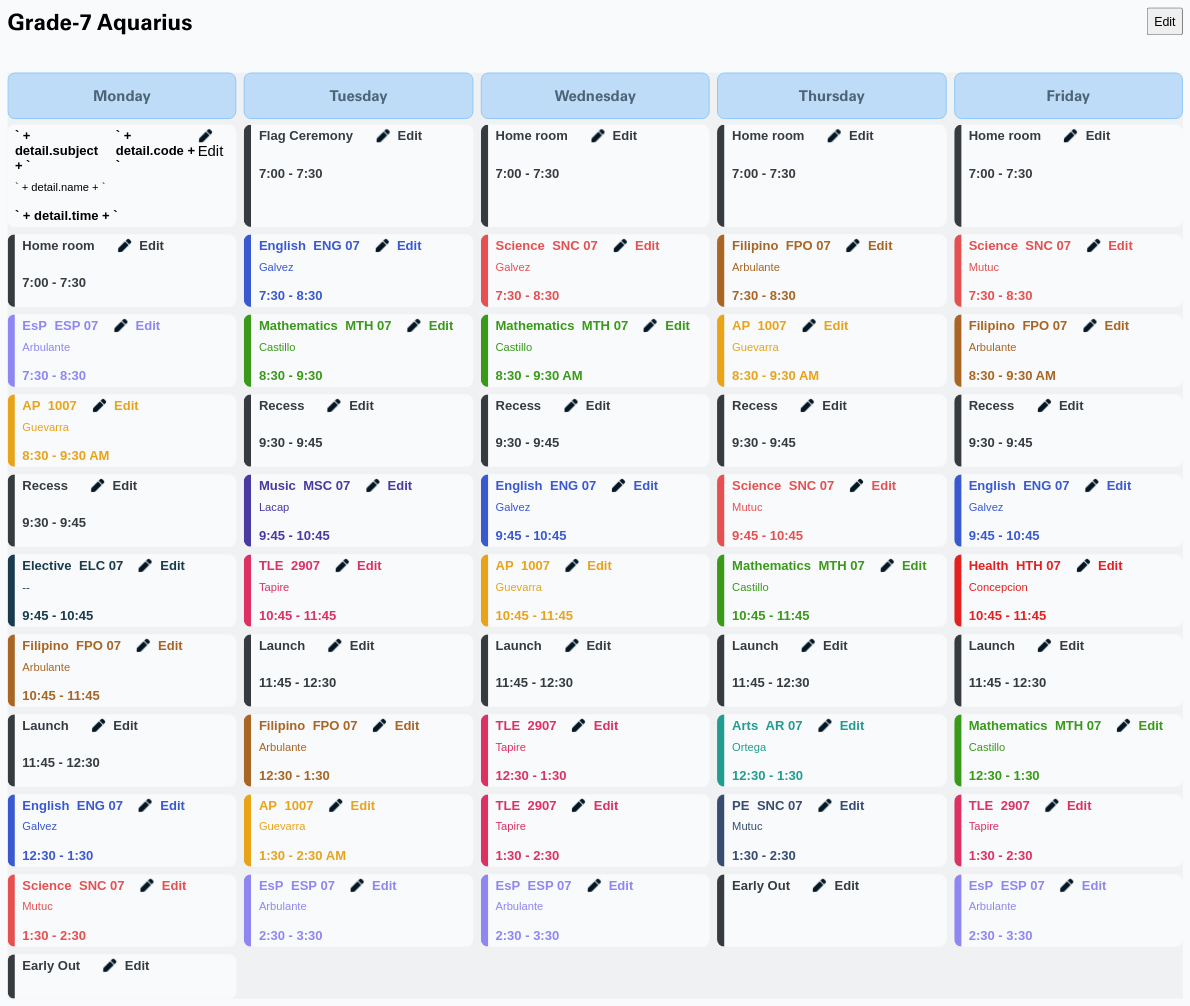
Repository: kentdrlo/prototype
Page: timetable.html
The author's editor kept a copy of each file at every save. The page is drawn from the files as they stood at one save, then again after the next save.
The browser window is 1280 px wide. The pictures show the whole page, at 93% of full size.
An inner scrolling area shows only its first screen.

Above is the page before, as saved 2025-05-29 09:31:43.

### timetable.html
<link rel="stylesheet" href="schedule.css" />
<div class="container">
  <div class="row">
    <div class="col">
      <div class="top-settings">
        <div class="top-settings-wrapper">
          <div class="schedule-name">Grade-7 Aquarius</div>
          <button type="button" class="btn btn-secondary">Edit</button>
        </div>
      </div>
    </div>
    <div class="table-container row">
      <div class="grid-wrapper">
        <div class="day-box" id="dayBox"></div>
        <div class="table-box" id="topBox">
          <div
            class="card"
            style="
              border-left: 8px solid #` + detail.color + `;
              color: #` + detail.color + `;
            "
          >
            <div class="subject-teacher-wrapper">
              <div class="subject-main-wrapper">
                <div class="subject-detail-wrapper">
                  <div class="subject-name">` + detail.subject + `</div>
                  <div class="subject-code">` + detail.code + `</div>
                </div>
                <div class="edit">
                  <img src="src/assets/icons/edit.svg" />Edit
                </div>
              </div>
              <div class="teacher-name">` + detail.name + `</div>
            </div>
            <div class="time">` + detail.time + `</div>
          </div>
        </div>
      </div>
    </div>
  </div>
</div>

<script src="schedule.js"></script>

### schedule.css
@font-face {
  font-family: "Univers";
  src: url("folder/Univers-Bold.woff2") format("woff2"),
    url("folder/Univers-Bold.woff") format("woff");
  font-weight: bold;
  font-style: normal;
  font-display: swap;
}

@font-face {
  font-family: "Univers";
  src: url("folder/Univers.woff2") format("woff2"),
    url("folder/Univers.woff") format("woff");
  font-weight: normal;
  font-style: normal;
  font-display: swap;
}

.work-sans-body {
  font-family: "Work Sans", sans-serif;
  font-optical-sizing: auto;
  font-weight: normal;
  font-style: normal;
}

:root {
  --ff-header: "Univers", sans-serif;
  --ff-body: "Work Sans", sans-serif;
}

html,
body {
  overflow-x: hidden;
  background-color: #f8fafc;
}

.top-settings {
  margin-bottom: 40px;
}

.top-settings-wrapper{
  display: flex;
  flex-direction: row;
  justify-content: space-between;
}

.schedule-name {
  font-family: var(--ff-header);
  font-size: 24px;
  font-weight: bold;
}

.grid-wrapper {
  display: grid;
  grid-template-rows: auto 1fr;
  row-gap: 16px;
  background-color: #eff1f3;
}

.day-box,
.table-box {
  display: grid;
  grid-template-columns: repeat(5, 1fr);
  column-gap: 8px;
}

.day-box {
  height: 40px;
}

.card-day {
  height: 100%;
  font-family: var(--ff-body);
  display: flex;
  justify-content: center;
  align-items: center;
  background-color: #8ac6fa7c;
  color: #4c6476;
  font-family: var(--ff-header);
  font-weight: bold;
  font-size: 16px;
  padding: 4px 8px 4px 8px;
  border-radius: 8px;
  border: 1px solid #8ac6fa;
}

.table-box {
  grid-auto-rows: auto;
  row-gap: 8px;
}

.card {
  width: auto;
  height: auto;
  font-family: var(--ff-body);
  display: flex;
  flex-direction: column;
  gap: 16px;
  padding: 4px 8px 4px 8px;
  background-color: #f8fafc;
  border-radius: 8px;
}

.subject-main-wrapper{
  display: flex;
  flex-direction: row;
  justify-content: space-between;
}

.subject-detail-wrapper {
  display: flex;
  flex-direction: row;
  gap: 8px;
  font-weight: bold;
  font-size: 14px;
}

.subject-teacher-wrapper {
  display: flex;
  flex-direction: column;
  gap: 8px;
}

.subject-name,
.time {
  font-weight: bold;
  font-size: 14px;
}

.teacher-name {
  font-family: var(--ff-body);
  font-size: 12px;
}

### schedule.js
const dates = [
  { day: "Monday" },
  { day: "Tuesday" },
  { day: "Wednesday" },
  { day: "Thursday" },
  { day: "Friday" },
];

const details = [
  {
    subject: "Flag Ceremony",
    code: "",
    name: "",
    time: "7:00 - 7:30",
    color: "363B40",
  },
  {
    subject: "Home room",
    code: "",
    name: "",
    time: "7:00 - 7:30",
    color: "363B40",
  },
  {
    subject: "Home room",
    code: "",
    name: "",
    time: "7:00 - 7:30",
    color: "363B40",
  },
  {
    subject: "Home room",
    code: "",
    name: "",
    time: "7:00 - 7:30",
    color: "363B40",
  },
  {
    subject: "Home room",
    code: "",
    name: "",
    time: "7:00 - 7:30",
    color: "363B40",
  },
  {
    subject: "English",
    code: "ENG 07",
    name: "Galvez",
    time: "7:30 - 8:30",
    color: "3a59d1",
  },
  {
    subject: "Science",
    code: "SNC 07",
    name: "Galvez",
    time: "7:30 - 8:30",
    color: "E55050",
  },
  {
    subject: "Filipino",
    code: "FPO 07",
    name: "Arbulante",
    time: "7:30 - 8:30",
    color: "A86523",
  },

  {
    subject: "Science",
    code: "SNC 07",
    name: "Mutuc",
    time: "7:30 - 8:30",
    color: "E55050",
  },
  {
    subject: "EsP",
    code: "ESP 07",
    name: "Arbulante",
    time: "7:30 - 8:30",
    color: "8F87F1",
  },
  {
    subject: "Mathematics",
    code: "MTH 07",
    name: "Castillo",
    time: "8:30 - 9:30",
    color: "399918",
  },
  {
    subject: "Mathematics",
    code: "MTH 07",
    name: "Castillo",
    time: "8:30 - 9:30 AM",
    color: "399918",
  },

  {
    subject: "AP",
    code: "1007",
    name: "Guevarra",
    time: "8:30 - 9:30 AM",
    color: "E9A319",
  },
  {
    subject: "Filipino",
    code: "FPO 07",
    name: "Arbulante",
    time: "8:30 - 9:30 AM",
    color: "A86523",
  },
  {
    subject: "AP",
    code: "1007",
    name: "Guevarra",
    time: "8:30 - 9:30 AM",
    color: "E9A319",
  },
  {
    subject: "Recess",
    code: "",
    name: "",
    time: "9:30 - 9:45",
    color: "363B40",
  },
  {
    subject: "Recess",
    code: "",
    name: "",
    time: "9:30 - 9:45",
    color: "363B40",
  },
  {
    subject: "Recess",
    code: "",
    name: "",
    time: "9:30 - 9:45",
    color: "363B40",
  },
  {
    subject: "Recess",
    code: "",
    name: "",
    time: "9:30 - 9:45",
    color: "363B40",
  },
  {
    subject: "Recess",
    code: "",
    name: "",
    time: "9:30 - 9:45",
    color: "363B40",
  },
  {
    subject: "Music",
    code: "MSC 07",
    name: "Lacap",
    time: "9:45 - 10:45",
    color: "483AA0",
  },
  {
    subject: "English",
    code: "ENG 07",
    name: "Galvez",
    time: "9:45 - 10:45",
    color: "3a59d1",
  },

  {
    subject: "Science",
    code: "SNC 07",
    name: "Mutuc",
    time: "9:45 - 10:45",
    color: "E55050",
  },
  {
    subject: "English",
    code: "ENG 07",
    name: "Galvez",
    time: "9:45 - 10:45",
    color: "3a59d1",
  },
  {
    subject: "Elective",
    code: "ELC 07",
    name: "--",
    time: "9:45 - 10:45",
    color: "183B4E",
  },
  {
    subject: "TLE",
    code: "2907",
    name: "Tapire",
    time: "10:45 - 11:45",
    color: "DE3163",
  },
  {
    subject: "AP",
    code: "1007",
    name: "Guevarra",
    time: "10:45 - 11:45",
    color: "E9A319",
  },

  {
    subject: "Mathematics",
    code: "MTH 07",
    name: "Castillo",
    time: "10:45 - 11:45",
    color: "399918",
  },
  {
    subject: "Health",
    code: "HTH 07",
    name: "Concepcion",
    time: "10:45 - 11:45",
    color: "E52020",
  },
  {
    subject: "Filipino",
    code: "FPO 07",
    name: "Arbulante",
    time: "10:45 - 11:45",
    color: "A86523",
  },
  {
    subject: "Launch",
    code: "",
    name: "",
    time: "11:45 - 12:30",
    color: "363B40",
  },
  {
    subject: "Launch",
    code: "",
    name: "",
    time: "11:45 - 12:30",
    color: "363B40",
  },
  {
    subject: "Launch",
    code: "",
    name: "",
    time: "11:45 - 12:30",
    color: "363B40",
  },
  {
    subject: "Launch",
    code: "",
    name: "",
    time: "11:45 - 12:30",
    color: "363B40",
  },
  {
    subject: "Launch",
    code: "",
    name: "",
    time: "11:45 - 12:30",
    color: "363B40",
  },
  {
    subject: "Filipino",
    code: "FPO 07",
    name: "Arbulante",
    time: "12:30 - 1:30",
    color: "A86523",
  },
  {
    subject: "TLE",
    code: "2907",
    name: "Tapire",
    time: "12:30 - 1:30",
    color: "DE3163",
  },
  {
    subject: "Arts",
    code: "AR 07",
    name: "Ortega",
    time: "12:30 - 1:30",
    color: "219C90",
  },
  {
    subject: "Mathematics",
    code: "MTH 07",
    name: "Castillo",
    time: "12:30 - 1:30",
    color: "399918",
  },
  {
    subject: "English",
    code: "ENG 07",
    name: "Galvez",
    time: "12:30 - 1:30",
    color: "3a59d1",
  },
  {
    subject: "AP",
    code: "1007",
    name: "Guevarra",
    time: "1:30 - 2:30 AM",
    color: "E9A319",
  },
  {
    subject: "TLE",
    code: "2907",
    name: "Tapire",
    time: "1:30 - 2:30",
    color: "DE3163",
  },

  {
    subject: "PE",
    code: "SNC 07",
    name: "Mutuc",
    time: "1:30 - 2:30",
    color: "384B70",
  },
  {
    subject: "TLE",
    code: "2907",
    name: "Tapire",
    time: "1:30 - 2:30",
    color: "DE3163",
  },
  {
    subject: "Science",
    code: "SNC 07",
    name: "Mutuc",
    time: "1:30 - 2:30",
    color: "E55050",
  },
  {
    subject: "EsP",
    code: "ESP 07",
    name: "Arbulante",
    time: "2:30 - 3:30",
    color: "8F87F1",
  },
  {
    subject: "EsP",
    code: "ESP 07",
    name: "Arbulante",
    time: "2:30 - 3:30",
    color: "8F87F1",
  },

  {
    subject: "Early Out",
    code: " ",
    name: " ",
    time: "",
    color: "363B40",
  },
  {
    subject: "EsP",
    code: "ESP 07",
    name: "Arbulante",
    time: "2:30 - 3:30",
    color: "8F87F1",
  },
  {
    subject: "Early Out",
    code: " ",
    name: " ",
    time: "",
    color: "363B40",
  },
];

function appendDays() {
  const dayBox = document.getElementById("dayBox");

  dates.forEach((date) => {
    dayBox.innerHTML += ` <div class="card-day">` + date.day + `</div>`;
  });
}

function appendDetails() {
  const topBox = document.getElementById("topBox");

  details.forEach((detail) => {
    topBox.innerHTML +=
      ` <div
            class="card"
            style="
              border-left: 8px solid #` +
      detail.color +
      `;
              color: #` +
      detail.color +
      `;
            "
          >
            <div class="subject-teacher-wrapper">
              <div class="subject-main-wrapper">
                <div class="subject-detail-wrapper">
                  <div class="subject-name">` +
      detail.subject +
      `</div>
                  <div class="subject-code">` +
      detail.code +
      `</div>
                  <div class="edit"></div>
                  <img src="src/assets/icons/edit.svg" />Edit
                </div>
              </div>
              <div class="teacher-name">` +
      detail.name +
      `</div>
            </div>
            <div class="time">` +
      detail.time +
      `</div>
          </div>`;
  });
}

appendDays();
appendDetails();

After the next save:
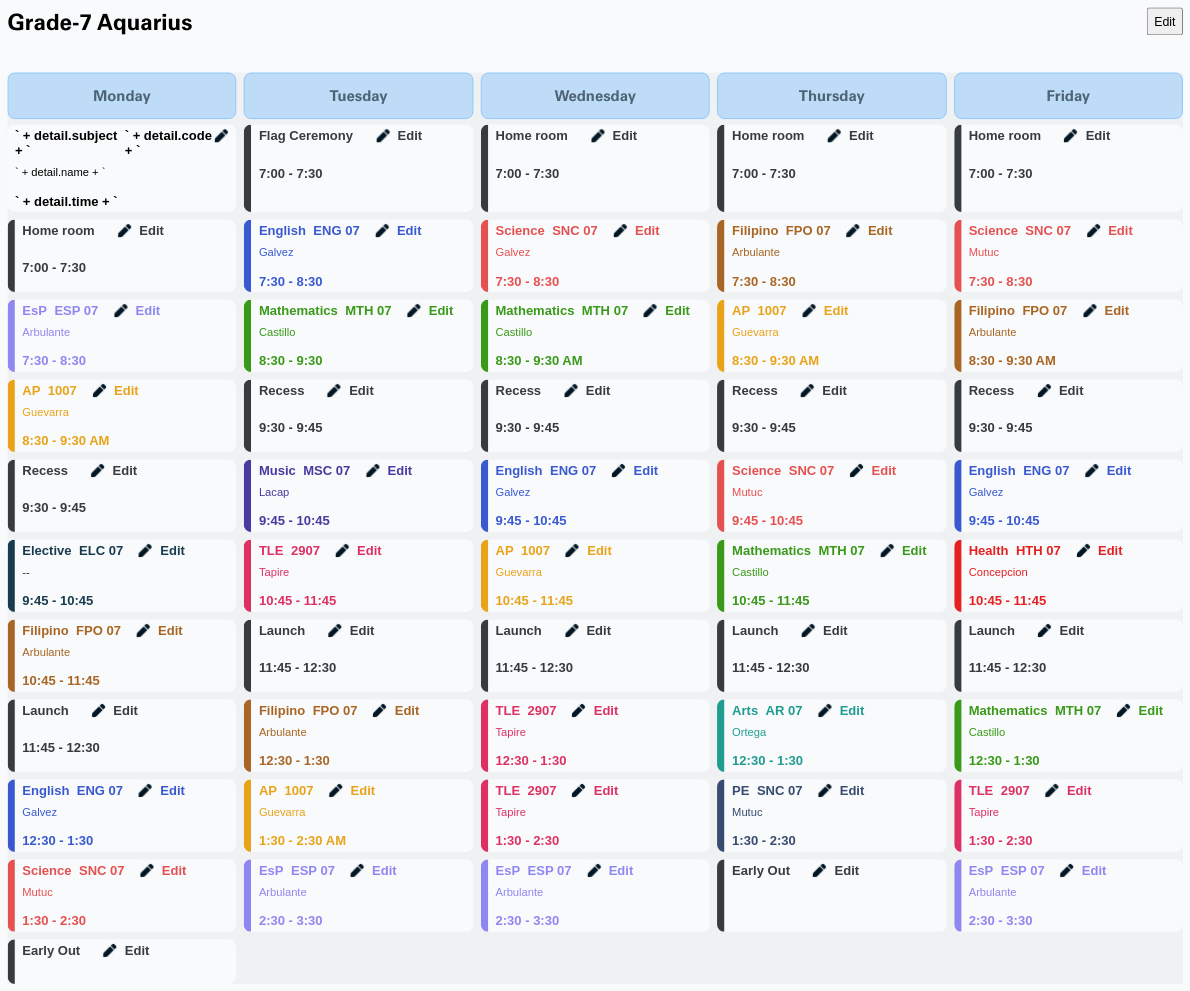
Saved 21 s later.
--- a/timetable.html
+++ b/timetable.html
@@ -27,7 +27,7 @@
                   <div class="subject-code">` + detail.code + `</div>
                 </div>
                 <div class="edit">
-                  <img src="src/assets/icons/edit.svg" />Edit
+                  <img src="src/assets/icons/edit.svg" />
                 </div>
               </div>
               <div class="teacher-name">` + detail.name + `</div>
